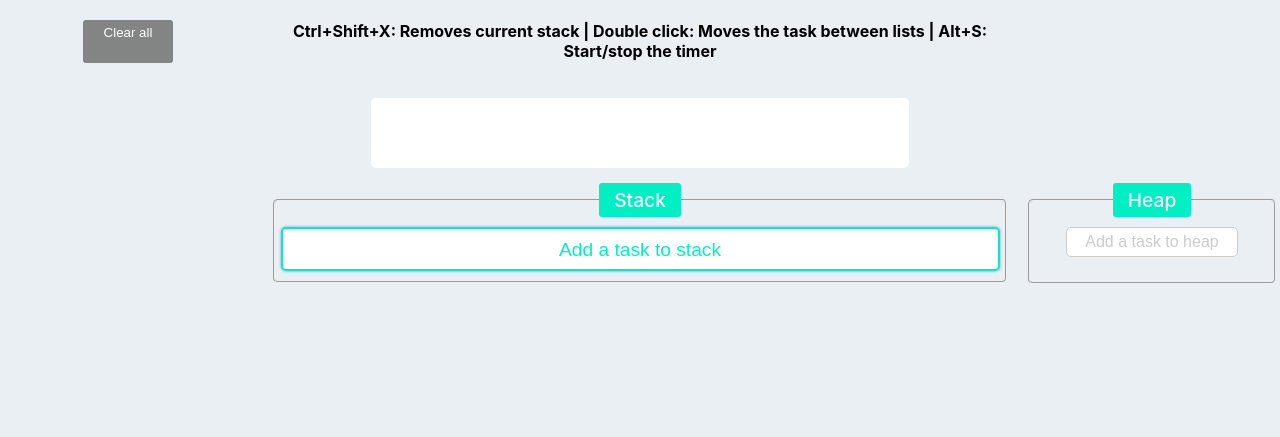
Repository: litalsh/meeting_v1
Page: /
An editor plug-in stored every save of this project. The page is shown before and after the next save, followed by the edit.
The browser window is 1280 px wide. The pictures show the whole page.
The project was rebuilt for these pictures with package versions that can differ from the ones it lists, and the page was loaded fresh each time. Also part of the build but not shown: src/Task.js.

Above is the page before, as saved 2020-12-13 19:38:54.

### public/index.html
<!DOCTYPE html>
<html lang="en">
  <head>
    <meta charset="utf-8" />
    <meta name="viewport" content="width=device-width, initial-scale=1" />
    <meta name="theme-color" content="#000000" />
    <meta
      name="description"
      content="Web site created using create-react-app"
    />
    <link rel="apple-touch-icon" href="%PUBLIC_URL%/logo192.png" />
    <!--
      manifest.json provides metadata used when your web app is installed on a
      user's mobile device or desktop. See https://developers.google.com/web/fundamentals/web-app-manifest/
    -->
    <link rel="manifest" href="%PUBLIC_URL%/manifest.json" />
    <!--
      Notice the use of %PUBLIC_URL% in the tags above.
      It will be replaced with the URL of the `public` folder during the build.
      Only files inside the `public` folder can be referenced from the HTML.

      Unlike "/favicon.ico" or "favicon.ico", "%PUBLIC_URL%/favicon.ico" will
      work correctly both with client-side routing and a non-root public URL.
      Learn how to configure a non-root public URL by running `npm run build`.
    -->
    <title>Meeting Managment App</title>
  </head>
  <body>
    <noscript>You need to enable JavaScript to run this app.</noscript>
    <div id="root"></div>
    <!--
      This HTML file is a template.
      If you open it directly in the browser, you will see an empty page.

      You can add webfonts, meta tags, or analytics to this file.
      The build step will place the bundled scripts into the <body> tag.

      To begin the development, run `npm start` or `yarn start`.
      To create a production bundle, use `npm run build` or `yarn build`.
    -->
  </body>
</html>

### src/App.js
import React, { useState, useEffect } from "react";
import "./App.css";
import { v4 as uuidv4 } from "uuid";
import Task from "./Task";
import useLocalStorage from './useLocalStorage';

const App = () => {
  const [stack, setStack] = useLocalStorage('stack', []);
  const [heap, setHeap] = useLocalStorage('heap', []);
  const [timer, setTimer] = useState(stack[0] !== undefined ? stack[stack.length - 1].duration * 60 : 0);
  const [isRunning, setIsRunning] = useState(false);

  const newTaskHandler = (event) => {
    if (event.which === 13 && event.target.value !== '') {
      setStack([
        ...stack,
        { id: uuidv4(), type: 'stack', topic: event.target.value, duration: 5 , isDone: false }
      ]);
      event.target.value = '';
    };
  };

  const newHeapHandler = (event) => {
    if (event.which === 13 && event.target.value !== '') {
      setHeap([
        ...heap,
        { id: uuidv4(), type: 'heap', topic: event.target.value, duration: 5, isDone: false }
      ]);
      event.target.value = '';
    };
  };

  const taskRemoveHandler = (id, type) => {
    if(type === 'stack'){
    const taskIndex = stack.findIndex(task => {
      return task.id === id;
    });

    let tempList = [...stack];
    tempList.splice(tempList[taskIndex], 1);
    setStack(tempList);
    if(taskIndex === stack.length - 1 ){
      setIsRunning(false);
      setTimer(stack[stack.length - 1].duration * 60);
    }
  };
    if(type === 'heap'){
      const taskIndex = heap.findIndex(task => {
        return task.id === id;
      });

      let tempList = [...heap];
      tempList.splice(tempList[taskIndex], 1);
      setHeap(tempList)
    };
    return console.log('taskRmoveHandler: ', stack);

  }

  const keyboardRemoveHandler = (e) => {

    if (e.ctrlKey && e.shiftKey && e.which === 88) {
      let tempStack = [...stack];
      tempStack.splice(tempStack.length - 1, 1);
      setStack(tempStack);
      setIsRunning(false);
      setTimer(stack[stack.length - 1].duration * 60);
    }
  }

  const keyboardStartTimerHandler = (e) => {
    if (e.altKey && e.which === 83) {
      !isRunning ? setIsRunning(true) : setIsRunning(false) ;
    }
  }

  useEffect(() => {
    if (document){
      document.addEventListener('keydown', keyboardRemoveHandler);
    }
    return () => {
      document.removeEventListener('keydown', keyboardRemoveHandler);
    }
  }, [stack]);

  useEffect(() => {
    if (document){
      document.addEventListener('keydown', keyboardStartTimerHandler);
      if(isRunning) {
        const id = window.setInterval(() => {
          setTimer(timer => timer-1);
        }, 1000);
        return () => window.clearInterval(id);
      }
    }
    return () => {
      document.removeEventListener('keydown', keyboardStartTimerHandler);
    }
  }, [isRunning])

  // const keyboardCangeListHandler = (e, id, type) => {

  //   if (e.ctrlKey && e.which === 77) {
  //     changeListHandler(id, type);
  //   }
  // }

  const changeListHandler = (id, type) => {
    // move task from stack to heap
    if (type === 'stack') {
      const taskIndex = stack.findIndex(task => {
        return task.id === id;
      });
      setHeap([...heap, { id: stack[taskIndex].id, type: 'heap', topic: stack[taskIndex].topic, duration: stack[taskIndex].duration, isDone: false }]);

      let tempStack = [...stack];
      tempStack.splice(taskIndex, 1);
      setStack(tempStack);
      console.log('change to heap ', stack, '  ', heap)
    };

    // move task from heap to stack
    if (type === 'heap') {
      const taskIndex = heap.findIndex(task => {
        return task.id === id;
      });
      setStack([...stack, { id: heap[taskIndex].id, type: 'stack', topic: heap[taskIndex].topic, duration: heap[taskIndex].duration, isDone: false }]);

      let tempHeap = [...heap];
      tempHeap.splice(taskIndex, 1);
      setHeap(tempHeap);
      console.log('change to stack ', stack, '  ', heap)
    };
  }

  const clearListsHandler = () => {
    setHeap([]);
    setStack([]);
  }

  return (
    <div className="container">
      <button className='clear-btn' onClick={() => clearListsHandler()}>Clear all</button>
      <h4>Ctrl+Shift+X: Removes current stack  |  Double click: Moves the task between lists  |  Alt+S: Start/stop the timer</h4>
      {stack[0] !== undefined ?  <span className="timer">{Math.floor(timer / 60)}:{Math.abs(timer % 60)}</span> : null}
      <div className="current-task">
        <h1>{stack[0] !== undefined ? stack[stack.length - 1].topic : null}</h1>
      </div>
      <fieldset className="task-list stack-list">
      <legend>Stack</legend>
        <ul>
          <>
            {console.log('1', stack)}
            {stack[0] !== undefined ? stack.map((task, id) => (
              <Task title={task.topic}
                key={id}
                remove={() => taskRemoveHandler(task.id, task.type)}
                move={() => changeListHandler(task.id, task.type)}
                class={"stack_item"}
                 />
            )) : null}
          </>
        </ul>
        <input type="text" placeholder="Add a task to stack" onKeyDown={newTaskHandler} className='stack-input'  autoFocus aria-flowto='heap-input' />
      </fieldset>

      <fieldset className="task-list heap-list-container">
        <legend>Heap</legend>
        <input type="text" placeholder="Add a task to heap" onKeyDown={newHeapHandler} className='heap-input'  aria-flowto='stack-input' />
        <ul className="heap-list">
          <>
            {console.log('2', heap)}
            {heap[0] !== undefined ? heap.map((task, id) => (
              <Task title={task.topic}
                key={id}
                remove={() => taskRemoveHandler(task.id, task.type)}
                move={() => changeListHandler(task.id, task.type)}
                class={"heap_item"}/>
            )) : null}
          </>
        </ul>
      </fieldset>
    </div>
  );
};

export default App;

### src/App.css
body{
 background-color:  #eaeff4;
}

h4 {
  text-align: center;
  grid-column: 2/5;
}

.container {
  display: grid;
  grid-template-columns: 20% 20% 20% 20% 20%;
}

.timer {
  grid-column: 1/6;

}

.current-task {
  text-align: center;
  height: 70px;
  grid-column: 2/5;
  width: 70%;
  background: #fff;
  margin: 15px auto;
  border-radius: 5px;
  display: flex;
  align-items: center;
  flex-direction: column;
  justify-content: center;
}

.task-list {
  display: flex;
  flex-direction: column;
  align-self: start;
  border-radius: 5px;
  min-height: 4rem;
  padding: 5px 0;
  width: 95%;
  margin: 0 auto;
 }

 .stack-list {
   display: flex;
   flex-direction: column-reverse;
   grid-column: 2/5;
 }

 .heap-list {
  display: flex;
  flex-direction: row;
  flex-flow: wrap;
  justify-content: space-evenly;
  grid-column: 1/6;
  margin-top: 15px;
 }

 legend {
  margin: 0 auto;
  font-size: 1.2rem;
  font-weight: 500;
  background-color: #00f0c4;
  padding: 5px 15px;
  color: #fff;
  border-radius: 3px;
 }

ul {
  list-style-type: none;
  margin: 0;
  padding: 0;
}

li {
  border: 1px solid AliceBlue;
  width: 70%;
  line-height: 40px;
  margin: -1px auto;
  position: relative;
  background-color: #fff;
  cursor: pointer;
}

.stack_item {
  width: 98%;
  line-height: 40px;
  margin: 3px auto;
  position: relative;
  text-align: center;
  border-radius: 5px;
}

.heap_item {
  width: 20%;
  line-height: 1.8em;
  margin: 3px auto;
  position: relative;
  text-align: center;
  border-radius: 5px;
  font-size: 1rem;
}

.stack-input {
  border: 2px solid #00f0c4;
  width: 98%;
  line-height: 40px;
  margin: 5px auto;
  position: relative;
  text-align: center;
  border-radius: 5px;
  font-size: 1.3rem;
  padding: 0;
}

.heap-input {
  border: 1px solid #ccc;
  width: 70%;
  line-height: 1.8em;
  margin: 5px auto;
  position: relative;
  text-align: center;
  border-radius: 5px;
  font-size: 1rem;
  padding: 0;
}

.stack-input::placeholder{
  color: #00f0c4;
  font-size: 1.2rem;
}

.heap-input::placeholder{
  color: #ccc;
  font-size: 1rem;
}

.stack-input:focus {
  outline: none !important;
  border: 2px solid #00f0c4;
  box-shadow: 0 0 3px #719ECE;
}

.remove {
  width: 1.5vw;
  height: 1.5vw;
  position: absolute;
  top: 50%;
  right: 10px;
  transform: translateY(-50%);
  border-radius: 50%;
  border: none;
  font-weight: bold;
  color: gray;
  cursor: pointer;
  font-size: 0.8rem;
}

.clear-btn {
  display: flex;
  grid-column: 1/2;
  width: 35%;
  margin: 20px auto;
  justify-content: center;
  border: none;
  background-color: #828584;
  padding: 5px 15px;
  color: #fff;
  border-radius: 3px;
}

### src/useLocalStorage.js
import React, { useState, useEffect } from "react";

const PREFIX = 'meeting-manament-';


const useLocalStorage = (key, initialValue) => {
  const prefixedKey = PREFIX + key
  const [value, setValue] = useState(() => {
    const jsonValue = localStorage.getItem(prefixedKey)
    if (jsonValue != null) return JSON.parse(jsonValue)
    if (typeof initialValue === 'function') {
      return initialValue()
    } else {
      return initialValue
    }
  })

  useEffect(() => {
    localStorage.setItem(prefixedKey, JSON.stringify(value))
  }, [prefixedKey, value])

  return [value, setValue]
}


export default useLocalStorage;

Loaded but not shown: src/index.js (common file); src/index.css (common file); src/reportWebVitals.js (common file)

After the next save:
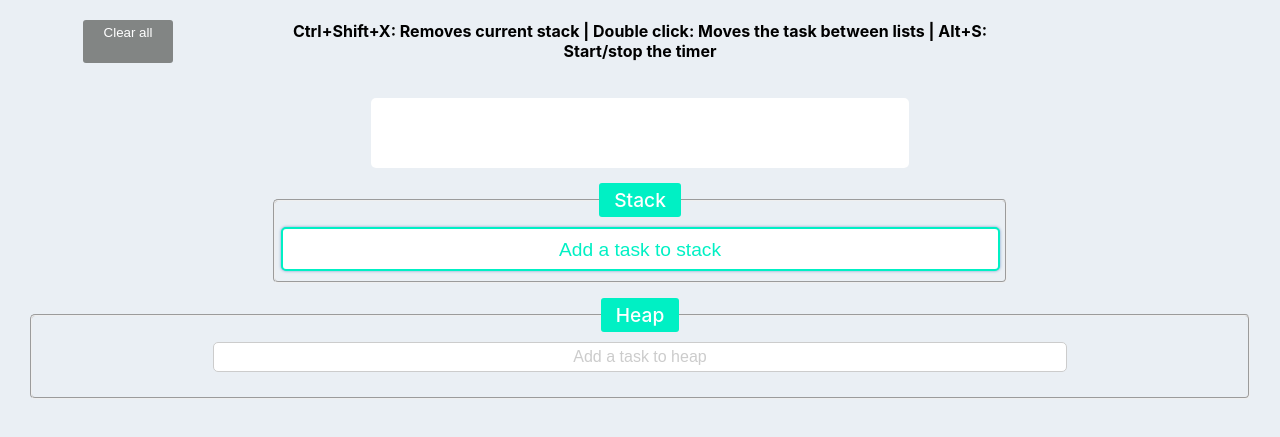
Saved 47 s later.
--- a/src/App.css
+++ b/src/App.css
@@ -48,6 +48,14 @@ h4 {
    grid-column: 2/5;
  }
 
+ .heap-list-container {
+  display: flex;
+  flex-direction: column;
+  justify-content: space-evenly;
+  grid-column: 1/6;
+  margin-top: 15px;
+ }
+
  .heap-list {
   display: flex;
   flex-direction: row;
@@ -56,6 +64,7 @@ h4 {
   grid-column: 1/6;
   margin-top: 15px;
  }
+
 
  legend {
   margin: 0 auto;
